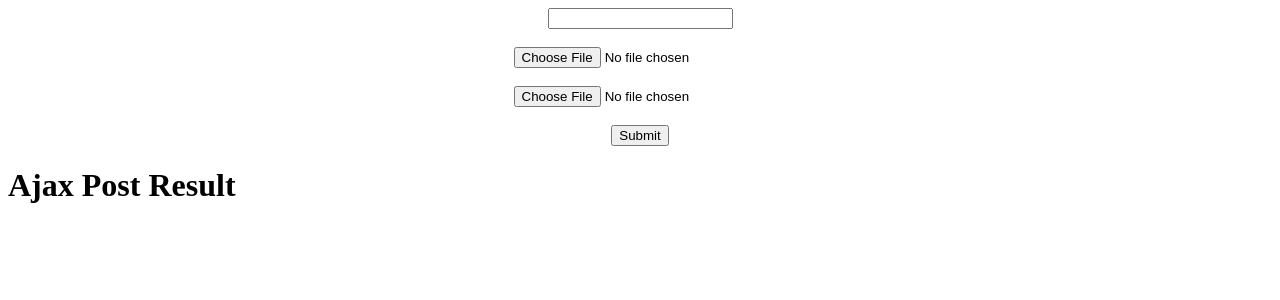
Repository: UnforgivenZZZ/bulldog
Page: http://localhost/bulldog/up.jsp
An editor plug-in stored every save of this project. The page is shown before and after the next save, followed by the edit.
The browser window is 1280 px wide. The pictures show the whole page.
The page is served by Tomcat 9. Other server files are loaded and not shown.

Above is the page before, as saved 2017-07-18 04:43:34.

### bulldog/WebContent/up.jsp
<%@ page language="java" contentType="text/html; charset=ISO-8859-1"
    pageEncoding="ISO-8859-1"%>
<!DOCTYPE html PUBLIC "-//W3C//DTD HTML 4.01 Transitional//EN" "http://www.w3.org/TR/html4/loose.dtd">
<html>
<head>
<meta http-equiv="Content-Type" content="text/html; charset=ISO-8859-1">
<title>Upload page</title>
</head>
<body>
	<form id="fileUploadForm" action="upload?adminid=<%=(Integer) session.getAttribute("admin_id") %>" method="post" enctype="multipart/form-data" name="form1" id="form1">
		<center>
			<input type="text" name="extraField"/><br/><br/>
    <input type="file" name="files"/><br/><br/>
    <input type="file" name="files"/><br/><br/>
    <input type="submit" value="Submit" id="btnSubmit"/>
		</center>
	</form>

<h1>Ajax Post Result</h1>
<span id="result"></span>

<script src="https://ajax.googleapis.com/ajax/libs/jquery/2.2.4/jquery.min.js"></script>
<script>
$(document).ready(function () {

    $("#btnSubmit").click(function (event) {

        //stop submit the form, we will post it manually.
        event.preventDefault();

        // Get form
        var form = $('#fileUploadForm')[0];

		// Create an FormData object
        var data = new FormData(form);

		// If you want to add an extra field for the FormData
        data.append("CustomField", "This is some extra data, testing");

		// disabled the submit button
        $("#btnSubmit").prop("disabled", true);

        $.ajax({
            type: "POST",
            enctype: 'multipart/form-data',
            url: "/upload",
            data: data,
            processData: false,
            contentType: false,
            cache: false,
            timeout: 600000,
            success: function (data) {

                $("#result").text(data);
                console.log("SUCCESS : ", data);
                $("#btnSubmit").prop("disabled", false);

            },
            error: function (e) {

                $("#result").text(e.responseText);
                console.log("ERROR : ", e);
                $("#btnSubmit").prop("disabled", false);

            }
        });

    });

});
</script>
</body>

</html>

After the next save:
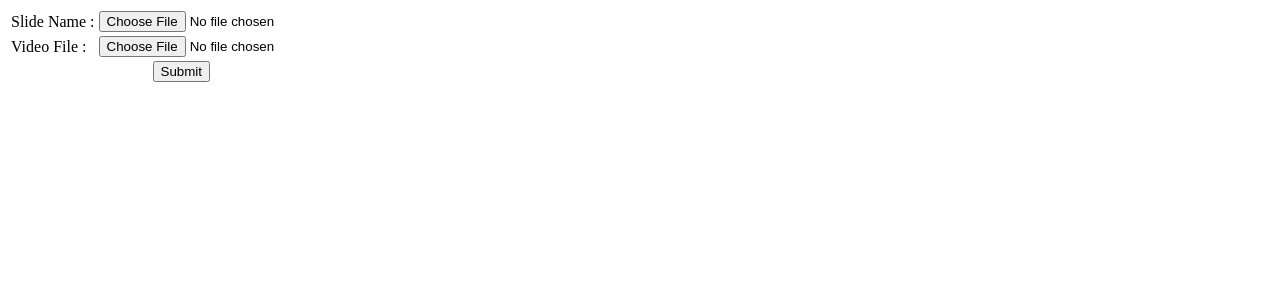
Saved 31 min 43 s later.
--- a/bulldog/WebContent/up.jsp
+++ b/bulldog/WebContent/up.jsp
@@ -7,67 +7,35 @@
 <title>Upload page</title>
 </head>
 <body>
-	<form id="fileUploadForm" action="upload?adminid=<%=(Integer) session.getAttribute("admin_id") %>" method="post" enctype="multipart/form-data" name="form1" id="form1">
-		<center>
-			<input type="text" name="extraField"/><br/><br/>
-    <input type="file" name="files"/><br/><br/>
-    <input type="file" name="files"/><br/><br/>
-    <input type="submit" value="Submit" id="btnSubmit"/>
-		</center>
-	</form>
+<form name="myform" id="myform" action="upload" method="post" enctype="multipart/form-data">
+        <table>
+            <tr>
+                <td>Slide Name :</td>
+                <td><input type="file" name="filename"></td>
+            </tr>
+            <tr>
+                <td>Video File :</td>
+                <td><input type="file" name="filecontent"></td>
+            </tr>
+            <tr>
+                <td colspan="2" align="center"><input type="button" value="Submit" onclick="fileUpload()"></td>
+            </tr>
+        </table>
+    </div>
+    </form>
 
-<h1>Ajax Post Result</h1>
-<span id="result"></span>
+
 
 <script src="https://ajax.googleapis.com/ajax/libs/jquery/2.2.4/jquery.min.js"></script>
 <script>
-$(document).ready(function () {
-
-    $("#btnSubmit").click(function (event) {
-
-        //stop submit the form, we will post it manually.
-        event.preventDefault();
-
-        // Get form
-        var form = $('#fileUploadForm')[0];
-
-		// Create an FormData object
-        var data = new FormData(form);
-
-		// If you want to add an extra field for the FormData
-        data.append("CustomField", "This is some extra data, testing");
-
-		// disabled the submit button
-        $("#btnSubmit").prop("disabled", true);
-
-        $.ajax({
-            type: "POST",
-            enctype: 'multipart/form-data',
-            url: "/upload",
-            data: data,
-            processData: false,
-            contentType: false,
-            cache: false,
-            timeout: 600000,
-            success: function (data) {
-
-                $("#result").text(data);
-                console.log("SUCCESS : ", data);
-                $("#btnSubmit").prop("disabled", false);
-
-            },
-            error: function (e) {
-
-                $("#result").text(e.responseText);
-                console.log("ERROR : ", e);
-                $("#btnSubmit").prop("disabled", false);
-
-            }
-        });
-
+function fileUpload()
+{
+$('#myform').attr('action', 'bulldog/upload');
+    $('#myform').ajaxSubmit({cache:false,success: function a(){
+    $('#myform').attr('action', '#');
+    }
     });
-
-});
+}
 </script>
 </body>
 
